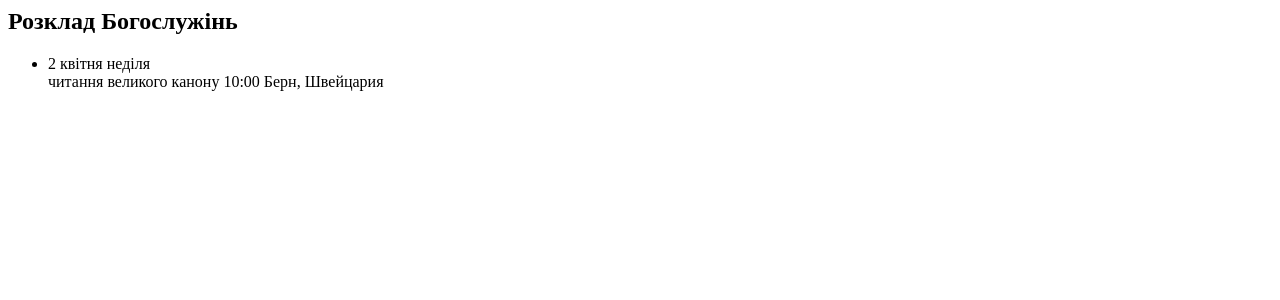
Repository: Gray-01/upcV5
Page: http://localhost/template-parts/schedule.php
These files come from the project's save history. The page is drawn as it stood at one moment and after the next save; the edit follows.
The browser window is 1280 px wide. The pictures show the whole page.
The page is run by PHP 8.4 with error messages shown; the project is at /var/www/html/.

Above is the page before, as saved 2025-10-01 19:33:18.

After the next save:
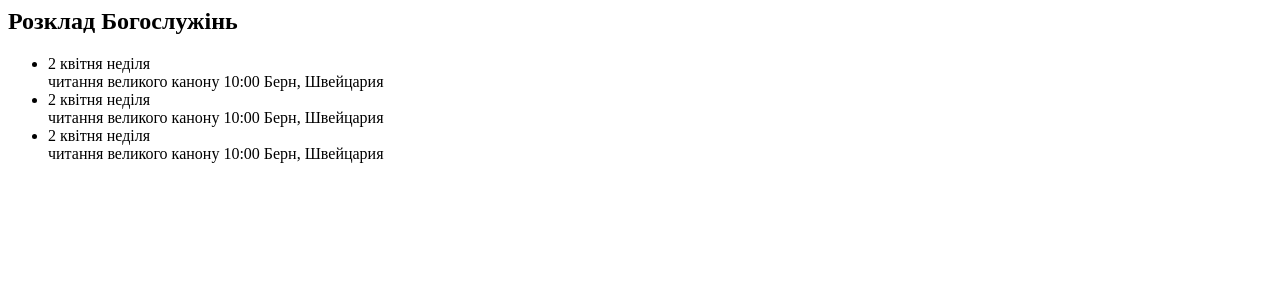
Saved 55 s later.
--- a/template-parts/schedule.php
+++ b/template-parts/schedule.php
@@ -14,6 +14,24 @@
           <span class="schedule__time">10:00</span>
           <span class="schedule__place">Берн, Швейцария</span>
         </li>
+                <li class="schedule__item">
+          <div class="schedule__datetime">
+            <time class="schedule__date">2 квітня</time>
+            <time class="schedule__day">неділя</time>
+          </div>
+          <span class="schedule__event">читання великого канону</span>
+          <span class="schedule__time">10:00</span>
+          <span class="schedule__place">Берн, Швейцария</span>
+        </li>
+                <li class="schedule__item">
+          <div class="schedule__datetime">
+            <time class="schedule__date">2 квітня</time>
+            <time class="schedule__day">неділя</time>
+          </div>
+          <span class="schedule__event">читання великого канону</span>
+          <span class="schedule__time">10:00</span>
+          <span class="schedule__place">Берн, Швейцария</span>
+        </li>
 
         <!-- Повторяем элементы по аналогии -->
 
